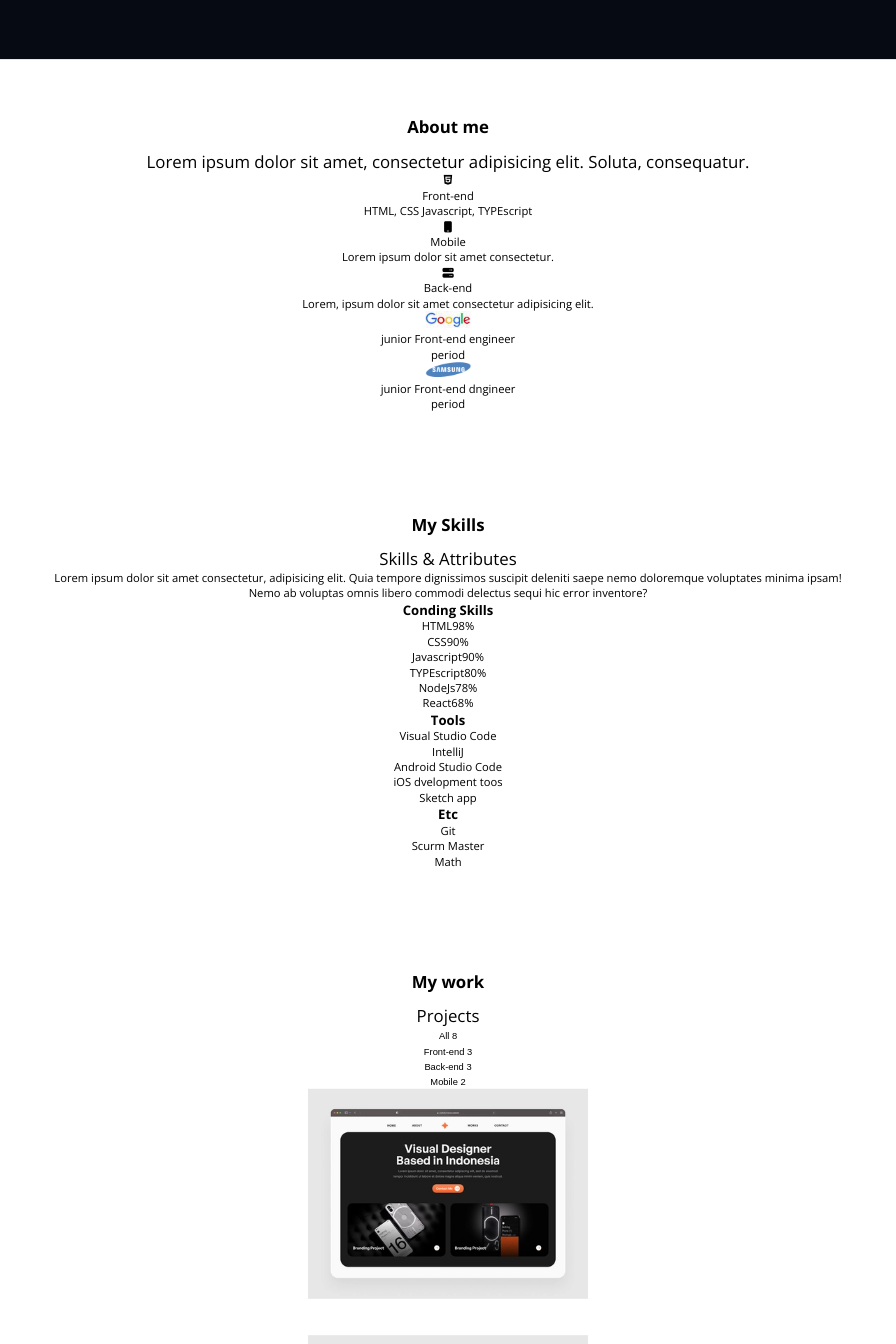
Repository: Arden-Sol/portfolio-website-clone-coding
Page: index.html
An editor plug-in stored every save of this project. The page is shown before and after the next save, followed by the edit.
The browser window is 1280 px wide. The pictures show the part of the page from y = 638 to 2558 px (the page is 6577 px tall before and 6445 px after), at 70% of full size.
Some web libraries are served in a nearby version.

Above is the page before, as saved 2024-03-26 21:37:27.

### index.html
<!DOCTYPE html>
<html lang="en">

<head>
  <meta charset="UTF-8">
  <meta name="viewport" content="width=device-width, initial-scale=1.0">
  <!-- SEO -->
  <title>Arden&#39;s portfolio</title>
  <meta name="description" content="포트폴리오 연습장" />
  <meta name="author" content="arden">
  <link rel="shortcut icon" href="image/favicon.jpg" type="image/x-icon">
  <!-- OG (Open Graph Data) -->
  <meta property="og:title" content="포트폴리오">
  <meta property="og:type" content="website">
  <meta property="og:url" content="배포후 생성된 URL">
  <meta property="og:image" content="배포후 생성된 이미지 URL">
  <!-- Goole Font -->
  <link rel="preconnect" href="https://fonts.googleapis.com">
  <link rel="preconnect" href="https://fonts.gstatic.com" crossorigin>
  <link href="https://fonts.googleapis.com/css2?family=Open+Sans:ital,wght@0,300..800;1,300..800&display=swap"
    rel="stylesheet">
  <!-- Font Awesome -->
  <script src="https://kit.fontawesome.com/4dc9c1b526.js" crossorigin="anonymous"></script>
  <!-- CSS -->
  <link rel="stylesheet" href="css/style.css">
  <!-- Javascript -->
  <script src="src/main.js" defer></script>
</head>

<body>
  <!-- Header -->
  <header class="header">
    <div class="header__logo">
      <img class="header__logo__img" src="image/favicon.jpg" alt="">
      <h1 class="header__logo__title"><a href="#">Ellie</a></h1>
    </div>
    <nav>
      <ul class="header__menu">
        <li><a class="header__menu__item active" href="#home">Home</a></li>
        <li><a class="header__menu__item" href="#about">About</a></li>
        <li><a class="header__menu__item" href="#skills">Skills</a></li>
        <li><a class="header__menu__item" href="#work">My work</a></li>
        <li><a class="header__menu__item" href="#testimonial">Testimonials</a></li>
        <li><a class="header__menu__item" href="#contact">Contact</a></li>
      </ul>
    </nav>
  </header>
  <!-- Main -->
  <main>
    <!-- Home -->
    <section id="home" class="section">
      <img class="home__avatar" src="image/picture.jpg" alt="picture">
      <h2 class="home__title">Lorem <br> <strong class="home__title--strong">ipsum dolor</strong> sit amet consectetur
        ad.</h2>
      <p class="home__description">Lorem ipsum dolor sit amet consectetur adipisicing elit. Rerum placeat optio beatae
        assumenda incidunt harum
        vel?</p>
      <a class="home__contact" href="#contact">Contact me</a>
    </section>
    <!-- About -->
    <section id="about" class="section">
      <h2 class="title">About me</h2>
      <p class="description">Lorem ipsum dolor sit amet, consectetur adipisicing elit. Soluta, consequatur.</p>
      <ul class="majors">
        <li class="major">
          <i class="fa-brands fa-html5 major__icon"></i>
          <p class="major__title">Front-end</p>
          <p>HTML, CSS Javascript, TYPEscript</p>
        </li>
        <li class="major">
          <i class="fa-solid fa-mobile major__icon"></i>
          <p class="major__title">Mobile</p>
          <p>Lorem ipsum dolor sit amet consectetur.</p>
        </li>
        <li class="major">
          <i class="fa-solid fa-server major__icon"></i>
          <p class="major__title">Back-end</p>
          <p>Lorem, ipsum dolor sit amet consectetur adipisicing elit.</p>
        </li>
      </ul>
      <ul>
        <li><img src="image/jobs/google.png" alt="google">
          <div>
            <p>junior Front-end engineer</p>
            <p>period</p>
          </div>
        </li>
        <li><img src="image/jobs/samsung.png" alt="samsung">
          <div>
            <p>
              junior Front-end dngineer
            </p>
            <p>period</p>
          </div>
        </li>
      </ul>
    </section>
    <!-- Skills -->
    <section id=" skills" class="section" class="section">
      <h2 class="title">My Skills</h2>
      <p class="description">Skills & Attributes</p>
      <p>Lorem ipsum dolor sit amet consectetur, adipisicing elit. Quia tempore dignissimos suscipit deleniti saepe nemo
        doloremque voluptates minima ipsam! Nemo ab voluptas omnis libero commodi delectus sequi hic error inventore?
      </p>
      <div>
        <section>
          <h3>Conding Skills</h3>
          <ul>
            <li>
              <div><span>HTML</span><span>98%</span></div>
              <div>
                <div style="width: 98%"></div>
              </div>
            </li>
            <li>
              <div><span>CSS</span><span>90%</span></div>
              <div>
                <div style="width: 98%"></div>
              </div>
            </li>
            <li>
              <div><span>Javascript</span><span>90%</span></div>
              <div>
                <div style="width: 98%"></div>
              </div>
            </li>
            <li>
              <div><span>TYPEscript</span><span>80%</span></div>
              <div>
                <div style="width: 98%"></div>
              </div>
            </li>
            <li>
              <div><span>NodeJs</span><span>78%</span></div>
              <div>
                <div style="width: 98%"></div>
              </div>
            </li>
            <li>
              <div><span>React</span><span>68%</span></div>
              <div>
                <div style="width: 98%"></div>
              </div>
            </li>
          </ul>
        </section>
        <section>
          <h3>Tools</h3>
          <ul>
            <li>Visual Studio Code</li>
            <li>IntelliJ</li>
            <li>Android Studio Code</li>
            <li>iOS dvelopment toos</li>
            <li>Sketch app</li>
          </ul>
        </section>
        <section>
          <h3>Etc</h3>
          <ul>
            <li>Git</li>
            <li>Scurm Master</li>
            <li>Math</li>
          </ul>
        </section>
      </div>
    </section>
    <!-- Work -->
    <section id="work" class="section">
      <h2 class="title">My work</h2>
      <p class="description">Projects</p>
      <ul>
        <li><button>All <span>8</span></button></li>
        <li><button>Front-end <span>3</span></button></li>
        <li><button>Back-end <span>3</span></button></li>
        <li><button>Mobile <span>2</span></button></li>
      </ul>
      <ul>
        <li>
          <a href="#" target="_blank">
            <img src="image/projects/project1.webp" alt="project8">
            <div>
              <h3>Project #1</h3>
              <p>Clone Coding with HTML, CSS</p>
            </div>
          </a>
        </li>
        <li><a href="#" target="_blank"><img src="image/projects/project1.webp" alt="project1">
            <div>
              <h3>Project #1</h3>
              <p>Clone Coding with HTML, CSS</p>
            </div>
          </a></li>
        <li><a href="#" target="_blank"><img src="image/projects/project2.webp" alt="project2">
            <div>
              <h3>Project #2</h3>
              <p>Clone Coding with HTML, CSS</p>
            </div>
          </a></li>
        <li><a href="#" target="_blank"><img src="image/projects/project3.webp" alt="project3">
            <div>
              <h3>Project #3</h3>
              <p>Clone Coding with HTML, CSS</p>
            </div>
          </a></li>
        <li><a href="#" target="_blank"><img src="image/projects/project4.webp" alt="project4">
            <div>
              <h3>Project #4</h3>
              <p>Clone Coding with HTML, CSS</p>
            </div>
          </a></li>
        <li><a href="#" target="_blank"><img src="image/projects/project5.webp" alt="project5">
            <div>
              <h3>Project #5</h3>
              <p>Clone Coding with HTML, CSS</p>
            </div>
          </a></li>
        <li><a href="#" target="_blank"><img src="image/projects/project6.webp" alt="project6">
            <div>
              <h3>Project #6</h3>
              <p>Clone Coding with HTML, CSS</p>
            </div>
          </a></li>
        <li><a href="#" target="_blank"><img src="image/projects/project7.webp" alt="project7">
            <div>
              <h3>Project #7</h3>
              <p>Clone Coding with HTML, CSS</p>
            </div>
          </a></li>
      </ul>
    </section>
    <!-- Testimonials -->
    <section id="testimonial" class="section">
      <h2 class="title">Testimonial</h2>
      <p class="description">See what they say about me</p>
      <ul>
        <li><img src="image/testimonials/people1.webp" alt="people1">
          <p>Lorem ipsum dolor sit amet consectetur adipisicing elit. Veniam ab quasi totam excepturi iure enim iusto
            facilis ut odio facere quaerat, sapiente nesciunt eveniet magnam porro, officiis molestiae, et nobis!</p>
          <p><a href="#">James Kim</a> /Google</p>
        </li>
        <li><img src="image/testimonials/people2.webp" alt="people2">
          <div>
            <p>Lorem ipsum dolor sit amet consectetur, adipisicing elit. Deleniti est neque ipsum distinctio accusamus
              expedita molestiae mollitia animi odio quam minus a atque exercitationem quidem nisi, dolores vel quisquam
              ipsa.</p>
            <p><a href="#">Anna Jin /Samsung</a></p>
          </div>
        </li>
        <li>
          <img src="image/testimonials/people3.webp" alt="people3">
          <div>
            <p>Lorem ipsum dolor sit amet consectetur adipisicing elit. Aut rerum quam quae impedit esse atque laborum
              accusantium maxime repudiandae assumenda, perferendis beatae repellat at? Nam, soluta assumenda. Veniam,
              odit possimus?</p>
            <p><a href="#">Anna Jin /Samsung</a></p>
          </div>
        </li>
      </ul>
    </section>
    <!-- Arrow up -->
    <aside>
      <a href="#home" title="back to top">
        <i class="fa-solid fa-arrow-up"></i></a>
    </aside>
  </main>
  <!-- Footer -->
  <footer id="contact" class="section">
    <h2 class="title">Let&#39;s talk</h2>
    <p class="description">highhigh222@naver.com</p>
    <ul>
      <li>
        <a href="#" title="arden github link" target="_blank">
          <i class="fa-brands fa-github"></i>
        </a>
      </li>
      <li>
        <a href="#" title="arden linkedin link" target="_blank">
          <i class="fa-brands fa-linkedin"></i>
        </a>
      </li>
    </ul>
    <p>Dream Coding ellie - All right reserved</p>
  </footer>


</body>

</html>

### css/style.css
/* Global */
:root {
/* App Colors */
--color-primary: var(--color-black);
--color-primary-variant: var(--color-gray);
--color-accent: var(--color-blue);
--color-accent-variant: var(--color-orange);
--color-text: var(--color-white);

  /* Colors */
--color-white: #ffffff;
--color-black: #050a13;
--color-blue: #03e8f9;
--color-orange: #fd6413;
--color-gray: #1b1e26;
}

*{
  box-sizing: border-box;
}

body {
  margin : 0;
  font-family: 'Open Sans', sans-serif;
}

h1, h2, h3,p,ul {
  margin : 0;

}

ul{
  list-style: none;
  padding: 0;
}
a {
  text-decoration: none;
  color : var(--color-text);
}

button {
  background-color: transparent;
  outline: 0;
  border : 0;
}

button:hover {
  outline: 1px solid var(--color-accent);
}

/* Common */
.section {
  padding: 4rem;
  text-align: center;
}
.title {
  font-size: 2.5;
  margin: 1rem 0;
}
.description {
  font-size: 1.5rem;
}


/* Header */
.header{
  position:fixed;
  top:0;
  width: 100%;
  display: flex;
  justify-content: space-between;
  align-items: center;
  padding: 1rem;
  background-color: black;
}
.header__logo {
  display: flex;
  align-items: center;
  gap:8px;
}
.header__logo__img {
  width: 36px;
  height: 36px;
  border-radius: 100%;
}
.header__logo__title {
  font-size: 1.8rem;
}
.header__menu {
  display: flex;
  gap:4px
}
.header__menu__item {
  padding: 8px 16px;
}
.header__menu__item:hover {
  border-bottom:1px solid var(--color-accent)
}
.header__menu__item.active {
  border:1px solid var(--color-accent);
  border-radius: 4px;
}
/* Home */
#home{
  background-color: var(--color-primary);
  color: var(--color-text);
  padding : 5rem 1rem;
  padding-top: 7rem;
  text-align: center;
}
.home__avatar{
  width: 250px;
  height: 250px;
  object-fit:cover;
  border-radius: 100%;
  border:3px solid var(--color-accent);
}
.home__title {
  font-size: 3rem;
  margin-bottom: 1rem;
}
.home__title--strong{
  color: var(--color-accent);
}
.home__description {
  font-size: 1.3rem;
}
.home__contact{
  display: inline-block;
  background-color: var(--color-accent);
  color:var(--color-black);
  padding : 0.5rem 1rem;
  margin: 2rem;
  font-weight: bold;
  border-radius: 4px;
}
.home__contact:hover{
  background-color: transparent;
  color: var(--color-text);
  outline: 2px solid var(--color-accent);
}
/*  */

Loaded but not shown: src/main.js (common file)

After the next save:
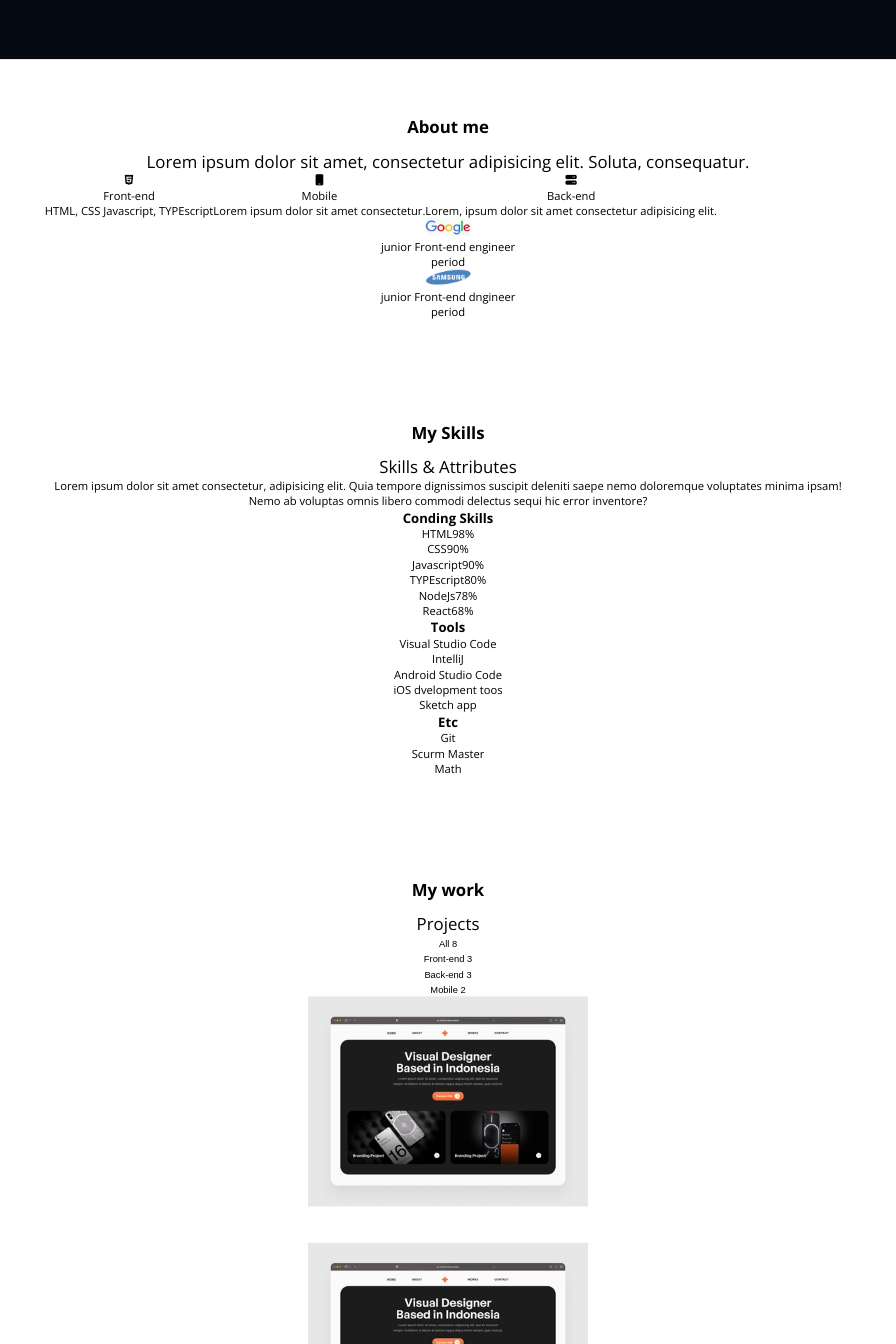
Saved 104 s later.
--- a/css/style.css
+++ b/css/style.css
@@ -139,4 +139,7 @@
   color: var(--color-text);
   outline: 2px solid var(--color-accent);
 }
-/*  */
+/* About me */
+.majors{
+  display: flex;
+}
